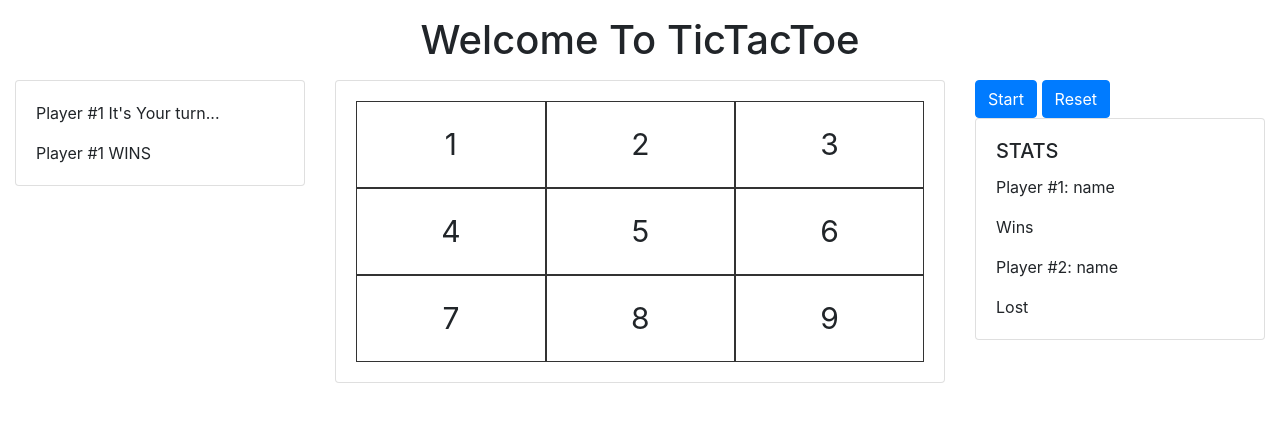
Repository: rOluochKe/JS-TicTacToe
Page: index.html
An editor plug-in stored every save of this project. The page is shown before and after the next save, followed by the edit.
The browser window is 1280 px wide. The pictures show the whole page.
Some web libraries are served in a nearby version.

Above is the page before, as saved 2020-05-27 00:40:27.
Not found: css/reset.css

After the next save:
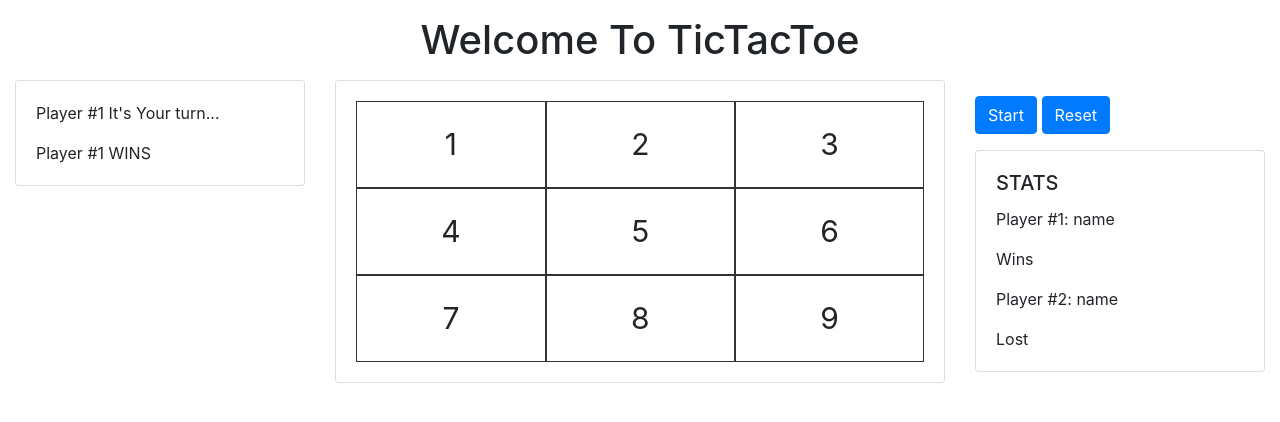
Saved 9 s later.
--- a/index.html
+++ b/index.html
@@ -46,7 +46,7 @@
         </div>
 
         <div class="col-md-3">
-          <div class="game-buttons">
+          <div class="game-buttons my-3">
             <button class="btn btn-primary">Start </button>
             <button class="btn btn-primary">Reset </button>
           </div>
